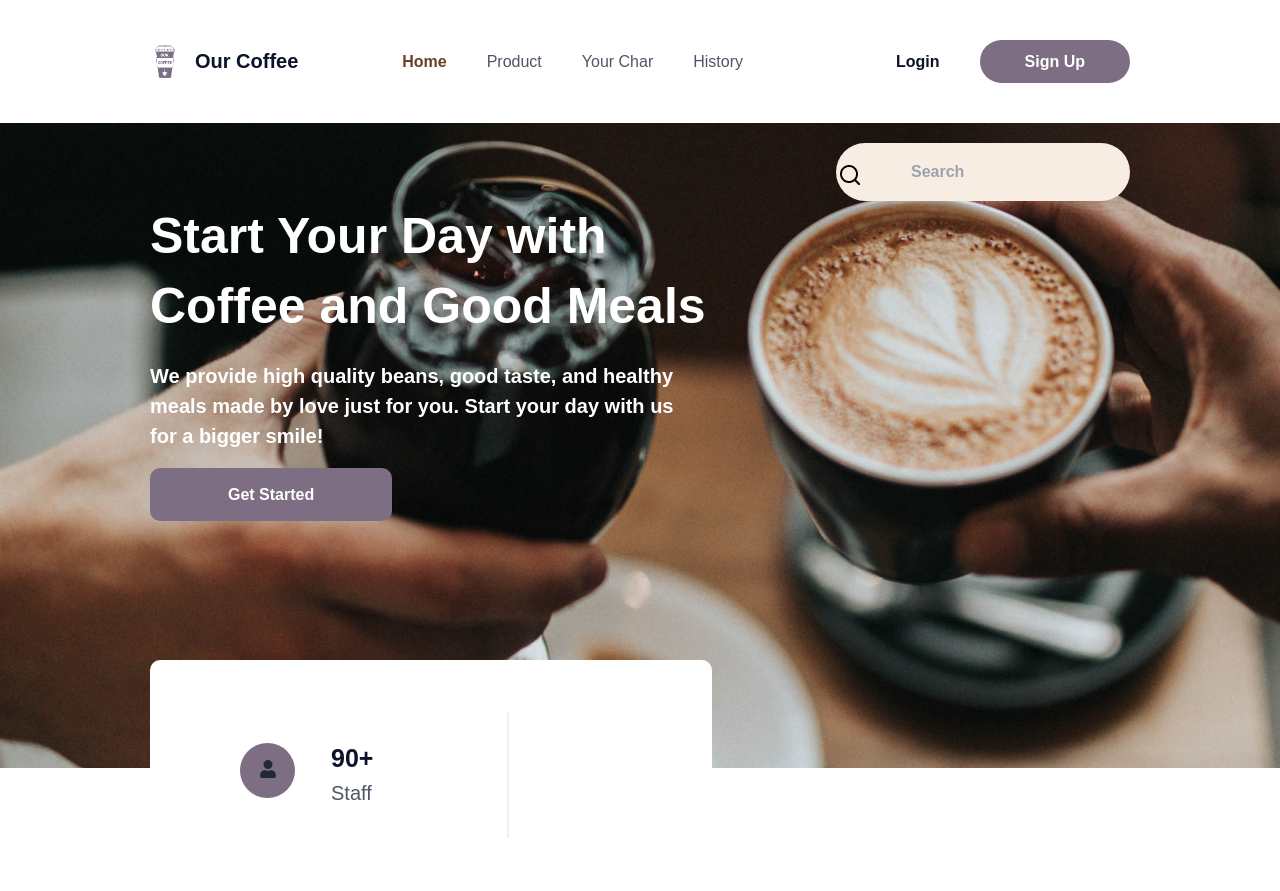
Repository: boykebn/fw12-collab2-FRONTEND
Page: / (app in our/)
An editor plug-in stored every save of this project. The page is shown before and after the next save, followed by the edit.
The browser window is 1280 px wide. The pictures show the whole page.
The project was rebuilt for these pictures with package versions that can differ from the ones it lists, and the page was loaded fresh each time. The framework's server and built-in components were replaced by stand-ins that run in the browser. Also part of the build but not shown: our/next.config.js.

Above is the page before, as saved 2022-12-30 22:10:55.

After the next save:
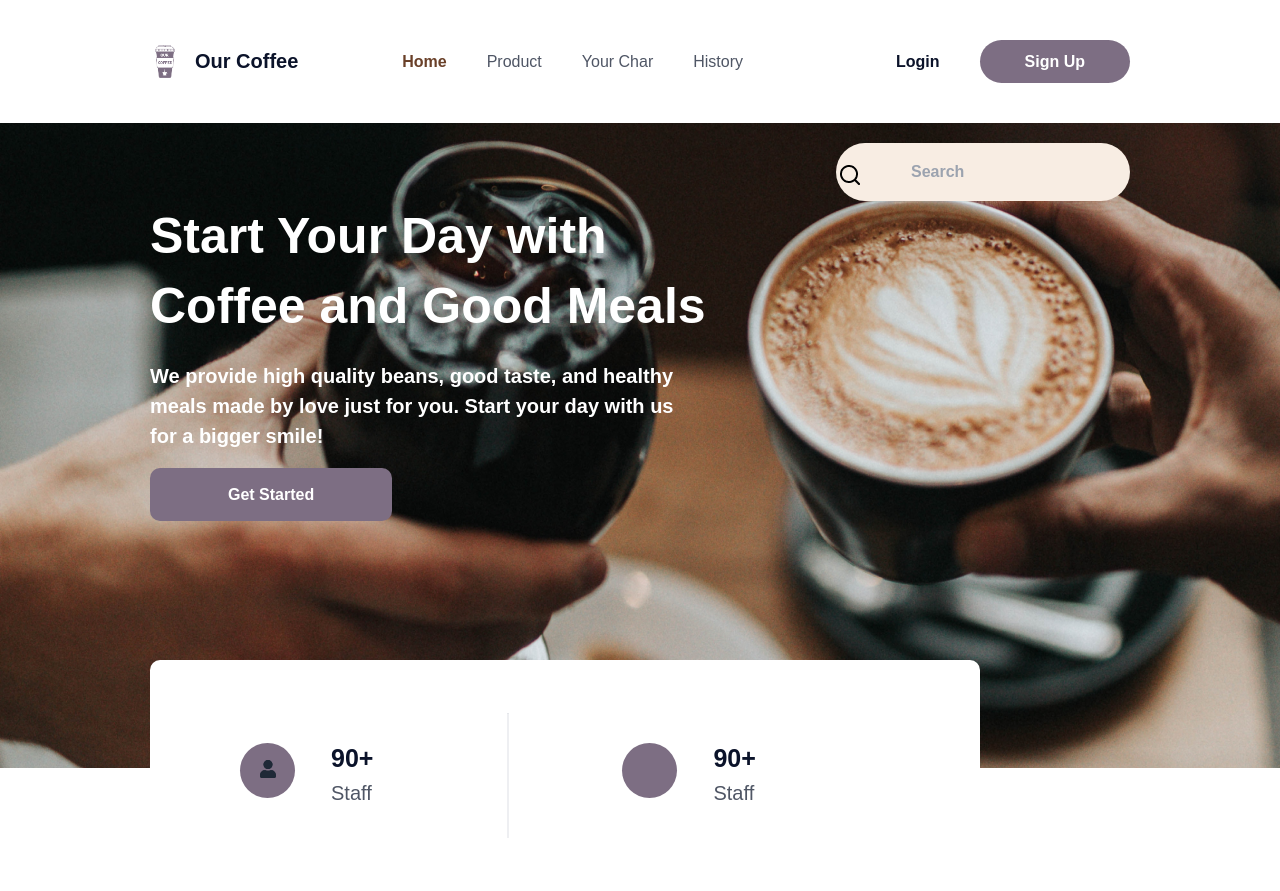
Saved 36 s later.
--- a/our/pages/index.js
+++ b/our/pages/index.js
@@ -55,6 +55,16 @@ export default function Home() {
           </div>
         </div>
         <hr className="bg-[#EEEFF2] w-[2px] h-[125px] mr-[113px]" />
+        <div className="flex">
+          <div className="mr-[36px]">
+            <FaUser className="w-[16px] h-[18px] absolute left-[110px] top-[100px]" />
+            <div className="border-1 bg-[#7d6e83] w-[55px] h-[55px] rounded-[50%] \"></div>
+          </div>
+          <div className="mr-[134px]">
+            <p className="text-[#0B132A] text-[25px] font-bold leading-[30px] mb-[5px]">90+</p>
+            <p className="text-[#4F5665] text-[20px] leading-[30px]">Staff</p>
+          </div>
+        </div>
       </div>
     </div>
   );
